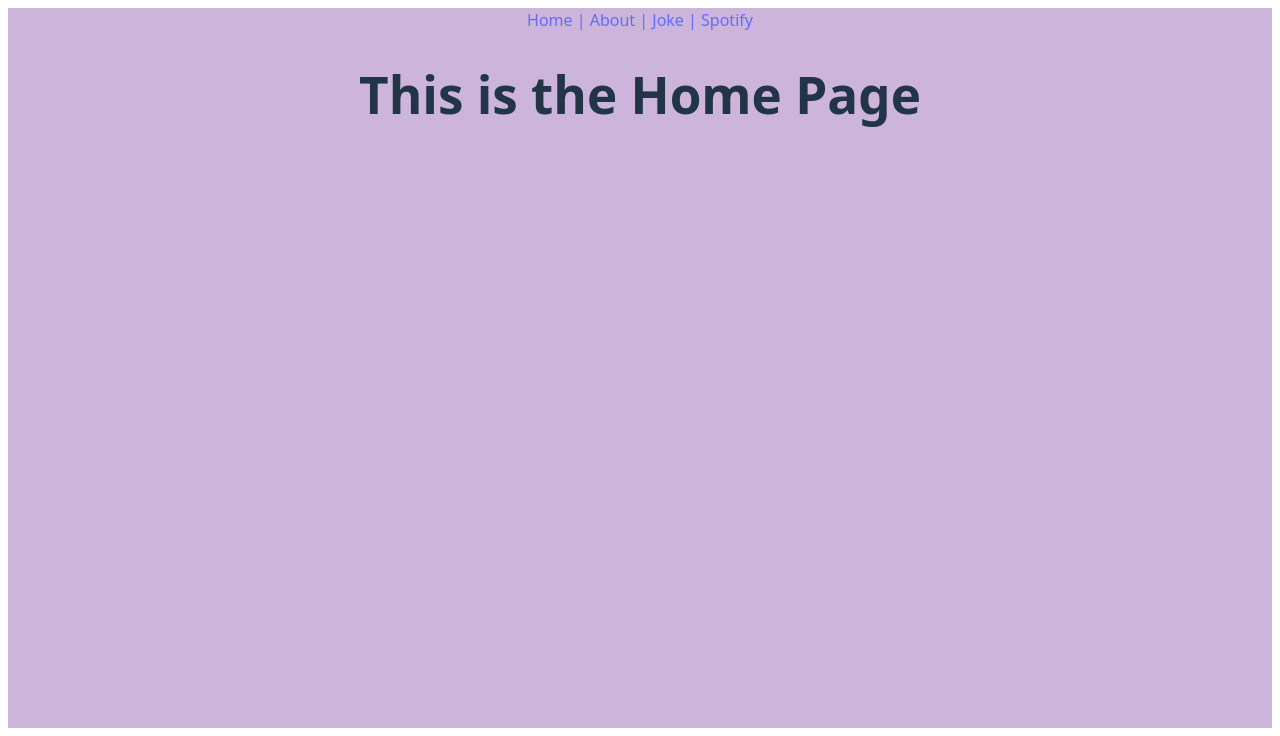
Repository: rosieomusic/spotify-react
Page: /
These files come from the project's save history. The page is drawn as it stood at one moment and after the next save; the edit follows.
The browser window is 1280 px wide. The pictures show the whole page.
The page's requests for data from a server got no answer. The project was rebuilt for these pictures with package versions that can differ from the ones it lists, and the page was loaded fresh each time. No one was signed in, and anything a server would have sent is missing. Also part of the build but not shown: vite.config.js, src/pages/AboutPage.jsx, src/services/SpotifyService.js, src/components/AlbumComponent.jsx, src/pages/SpotifyPage.jsx, src/services/JokeService.js, src/pages/JokePage.jsx.

Above is the page before, as saved 2025-05-09 18:33:00.

After the next save:
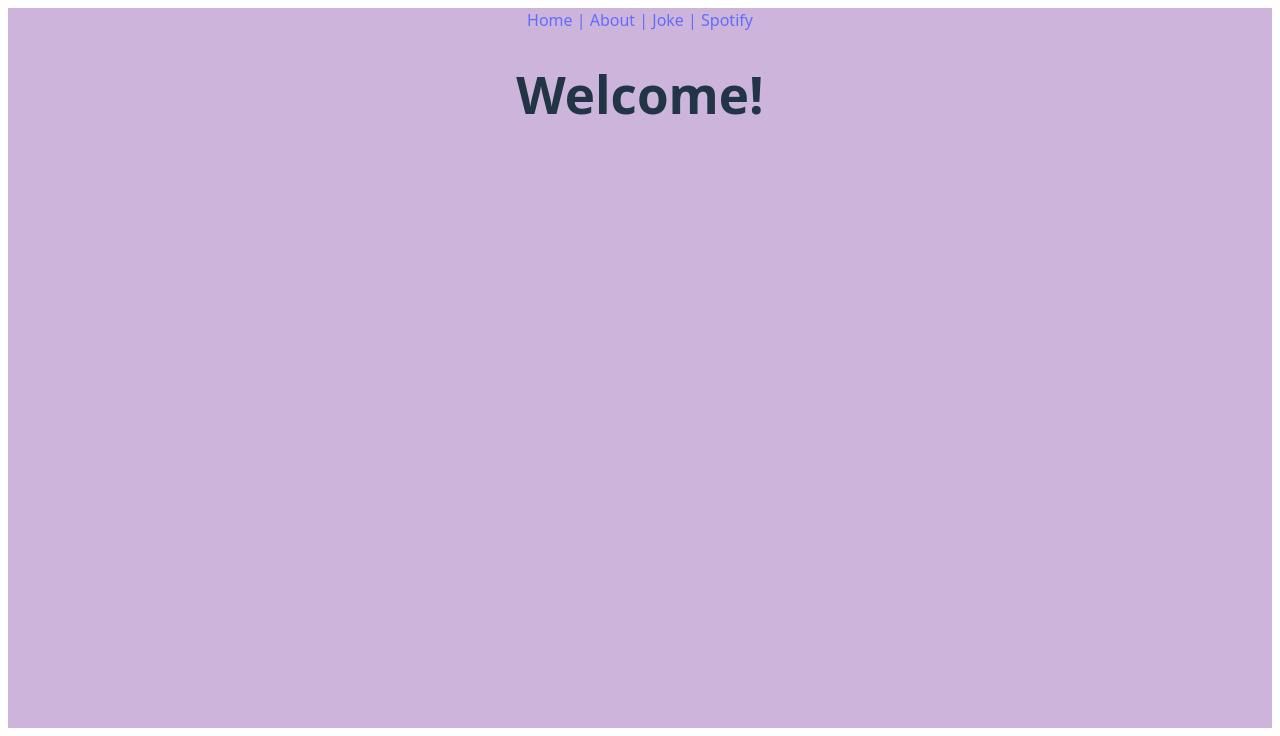
Saved 2 min 43 s later.
--- a/src/pages/HomePage.jsx
+++ b/src/pages/HomePage.jsx
@@ -1,5 +1,5 @@
 import React from 'react';
 
 export default function HomePage() {
-	return <h1>This is the Home Page</h1>;
+	return <h1>Welcome!</h1>;
 }
